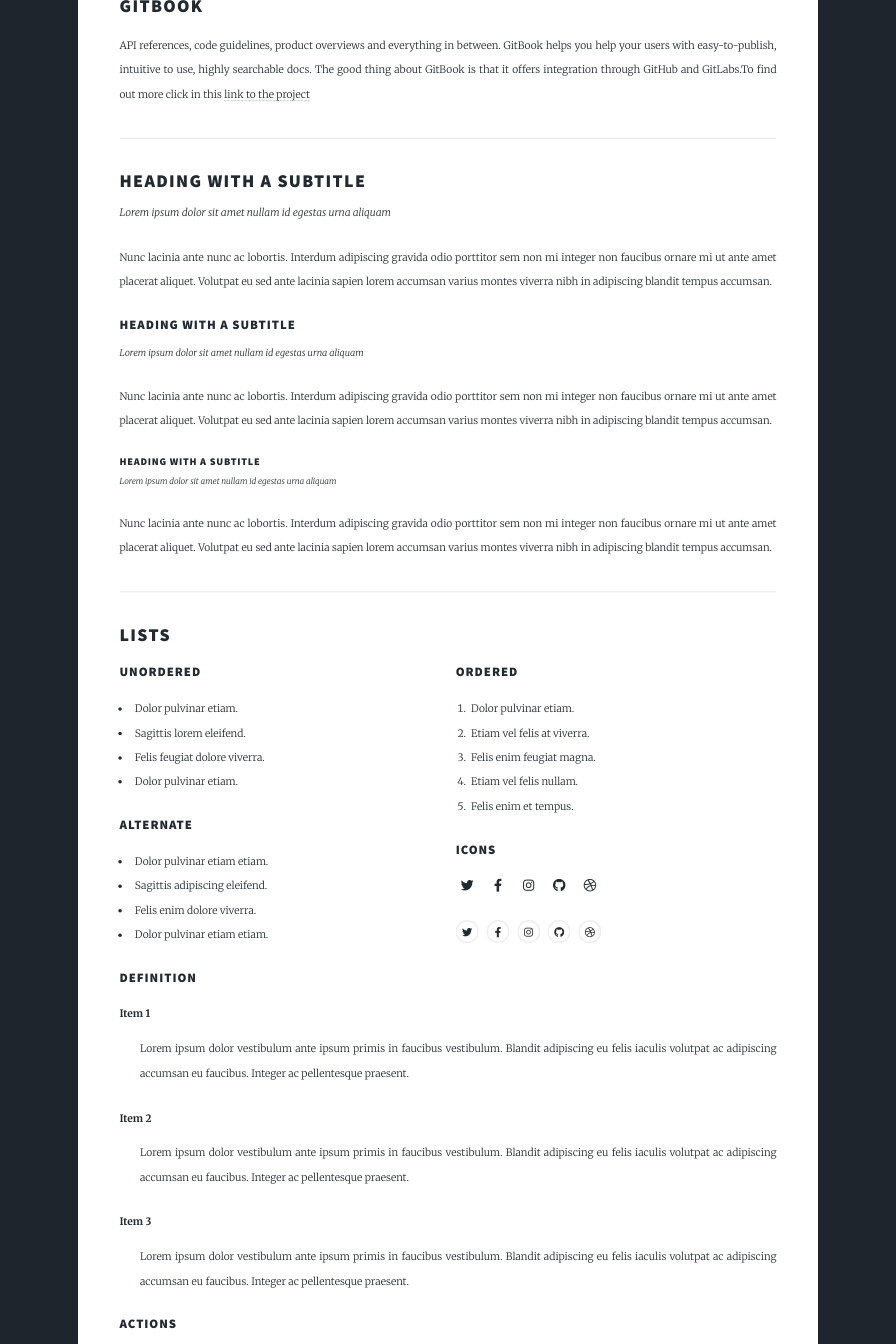
Repository: enlilsudo/Orlando-Portfolio
Page: elements.html
These files come from the project's save history. The page is drawn as it stood at one moment and after the next save; the edit follows.
The browser window is 1280 px wide. The pictures show the part of the page from y = 1549 to 3469 px (the page is 10215 px tall before and 10285 px after), at 70% of full size.

Above is the page before, as saved 2023-02-19 14:09:48.

After the next save:
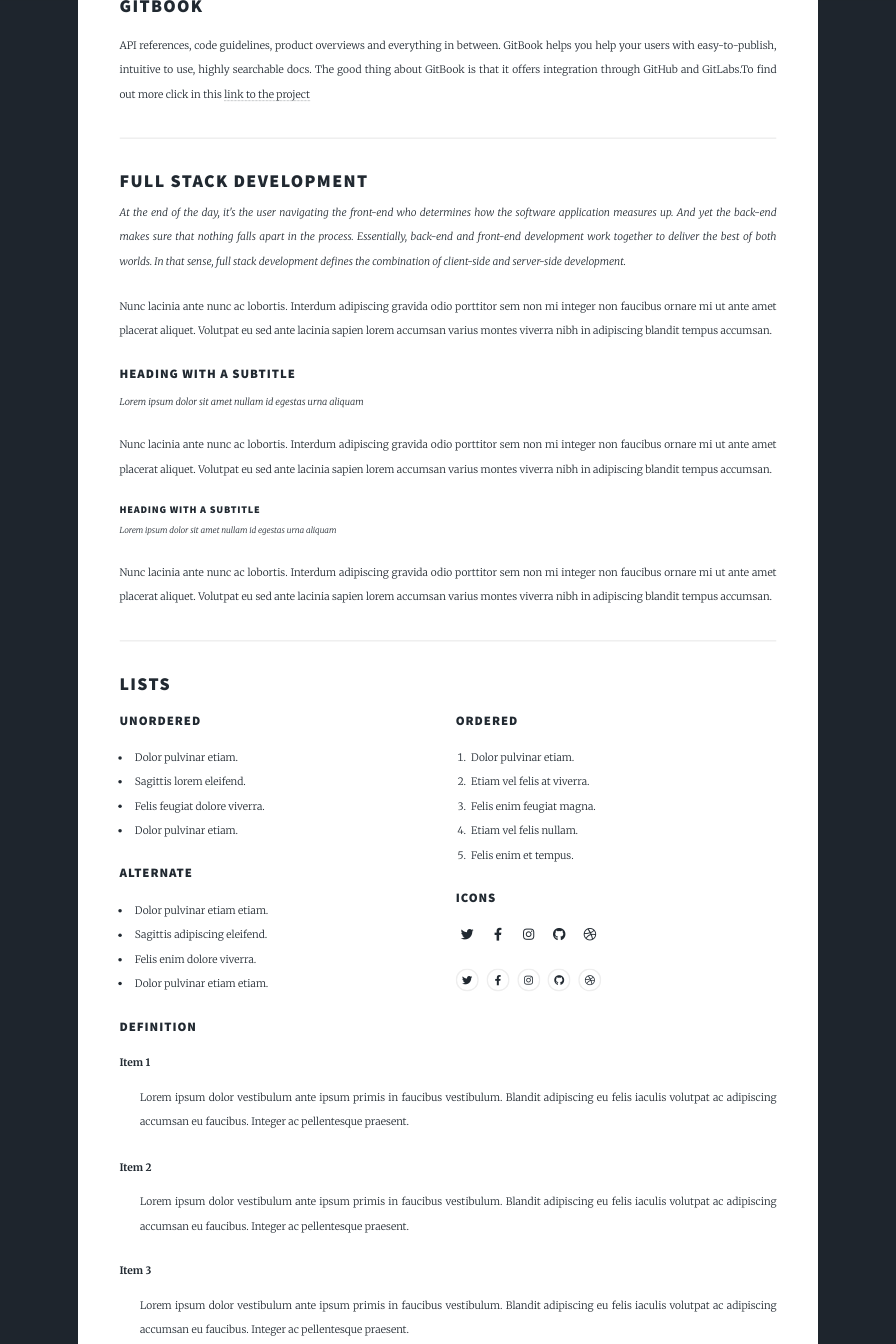
Saved 4 min 51 s later.
--- a/elements.html
+++ b/elements.html
@@ -78,8 +78,11 @@
 										The good thing about GitBook is that it offers integration through GitHub and GitLabs.To find out more click in this <a href="https://www.gitbook.com/">link to the project</a></p>
 									<hr />
 									<header>
-										<h2>Heading with a Subtitle</h2>
-										<p>Lorem ipsum dolor sit amet nullam id egestas urna aliquam</p>
+										<h2>Full Stack Development</h2>
+										<p>At the end of the day, it's the user navigating the front-end who determines how the software application measures up.
+											And yet the back-end makes sure that nothing falls apart in the process.
+											Essentially, back-end and front-end development work together to deliver the best of both worlds.
+											In that sense, full stack development defines the combination of client-side and server-side development.</p>
 									</header>
 									<p>Nunc lacinia ante nunc ac lobortis. Interdum adipiscing gravida odio porttitor sem non mi integer non faucibus ornare mi ut ante amet placerat aliquet. Volutpat eu sed ante lacinia sapien lorem accumsan varius montes viverra nibh in adipiscing blandit tempus accumsan.</p>
 									<header>
